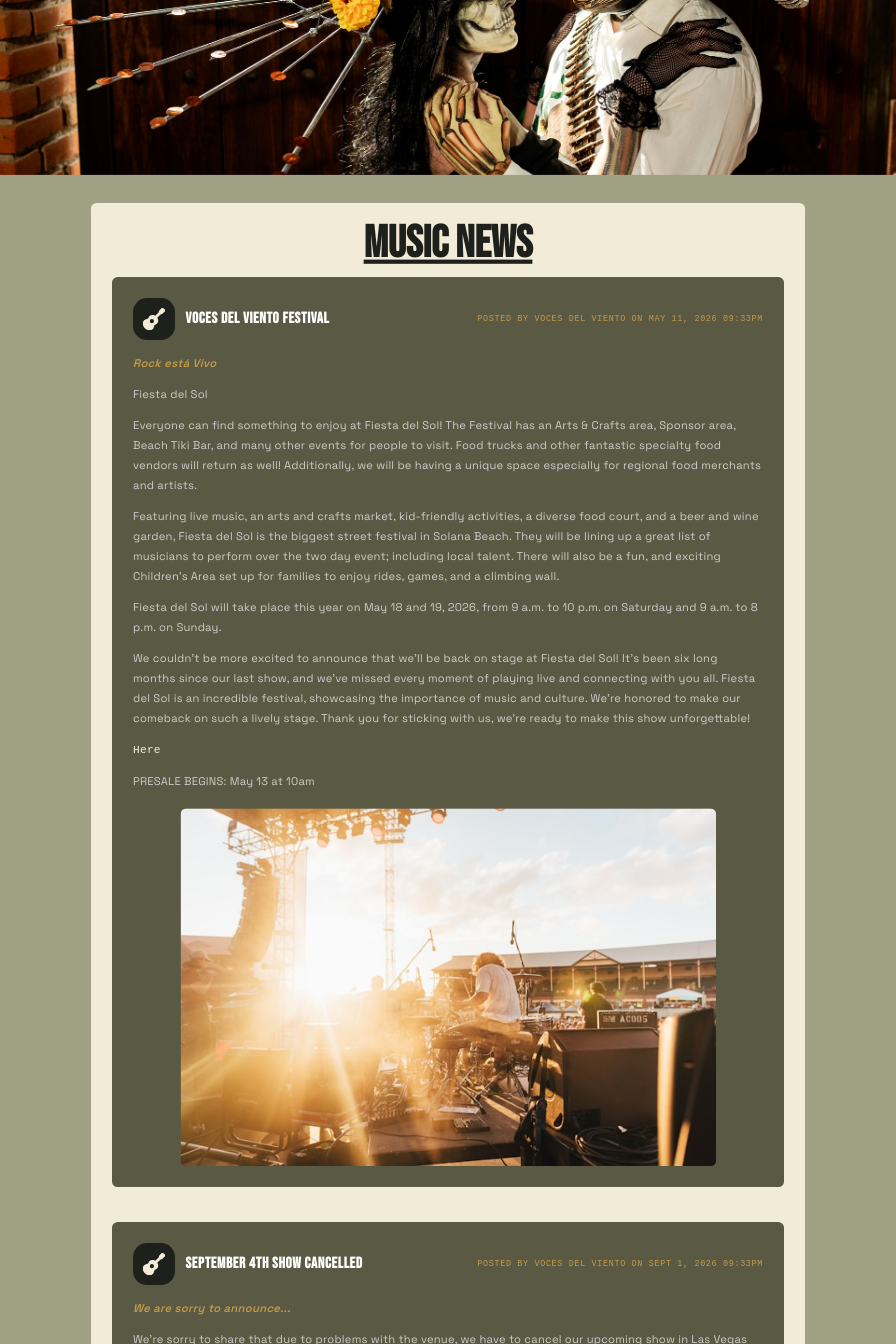
Repository: lime929/voices-del-viento
Page: /news
These files come from the project's save history. The page is drawn as it stood at one moment and after the next save; the edit follows.
The browser window is 1280 px wide. The pictures show the part of the page from y = 307 to 2227 px (the page is 5433 px tall before and 4973 px after), at 70% of full size.
The project was rebuilt for these pictures with package versions that can differ from the ones it lists, and the page was loaded fresh each time. The framework's server and built-in components were replaced by stand-ins that run in the browser. Also part of the build but not shown: next.config.mjs.

Above is the page before, as saved 2026-09-26 21:25:12.

### app/layout.jsx
import '../app/globals.css';
import Footer from '../app/components/Footer';
import NavBar from '../app/components/NavBar';


export const metadata = {
  title: "Voces del Viento",
  description:
    "Voces del Viento is a Mexican indie rock band from Michoacán, blending classic Latin rock influences with modern sounds inspired by Caifanes, Juanes, and Los Enanitos Verdes. Discover their heartfelt music, cultural roots, and energetic live performances.",
  keywords: [
    "Voces del Viento",
    "Mexican indie rock",
    "Michoacán, Mexico",
    "Latin rock",
    "Alternative music",
    "band from Mexico",
    "indie music",
  ],
};

export default function MainLayout({ children }) {
  return (
    <html lang="en">
      <body>
        <NavBar />
        {children}
        <Footer />
      </body>
    </html>
  );
}

### app/news/page.jsx
import styles from "./page.module.css";
import Image from "next/image";
import Post from "../components/Post";
import posts from "./posts.json";
import banner from "../../public/images/news/banner.jpg";

export const metadata = {
  title: "Voces del Viento | News",
  description: "Stay up to date with the latest news and updates from Voces del Viento.",
    keywords: [
    "Voces del Viento",
    "news",
    "Music news",
    "band updates",
    "Concert announcements",
    "Album releases",
    "Live performances",
    "Live updates",
  ]
}

export default function NewsPage() {
  return (
    <>
      <Image
        src={banner}
        alt="Band with Mariachi outfits performing on stage"
        sizes="100vw"
        className={styles.bannerImage}
        priority
      />

      <div className={styles.newsContainer}>
        <h2 className={styles.newsTitle}>Music News</h2>

        {posts.map((post) => (
          <Post key={post.id} post={post} />
        ))}
      </div>
    </>
  );
}

### app/globals.css
/* @import url("https://fonts.googleapis.com/css2?family=Bebas+Neue&family=DM+Sans:opsz,wght@9..40,400;9..40,500;9..40,600;9..40,700&family=Space+Mono:wght@400;700&display=swap");
@import url('https://fonts.googleapis.com/css2?family=Space+Grotesk:wght@300..700&display=swap'); */

@import url('https://fonts.googleapis.com/css2?family=Archivo+Black&family=Bebas+Neue&family=DM+Sans:ital,opsz,wght@0,9..40,100..1000;1,9..40,100..1000&family=Oswald:wght@200..700&family=Roboto+Mono:ital,wght@0,100..700;1,100..700&family=Space+Grotesk:wght@300..700&display=swap');
@import "tailwindcss";

@theme {
      /* Large headings and album titles */
  --font-display: "Bebas Neue", sans-serif;
    /* Paragraphs, navigation, and buttons */
  --font-body: "Space Grotesk", sans-serif;
    /* Dates, labels, and small details */
  --font-mono: "Space Mono", monospace;

    /* Main page background */
  --color-band-bg: #A0A084;
    /* Main text, dark sections & footer */
  --color-band-ink: #1E211B;
    /* Text on dark/red backgrounds */
  --color-band-cream: #F2EBD8;
    /* Borders and secondary accents */
  --color-band-olive: #5a5a44;
    /* Small highlights and labels */
  --color-band-gold: #C49A46;
}

body {
  font-family: var(--font-body);
  background-color: var(--color-band-bg);
  color: var(--color-band-ink);
  margin: 0;
  padding: 0;
}

### app/components/Footer.jsx
'use client';

import { usePathname } from "next/navigation";
export default function Footer() {
    const pathname = usePathname();

  return (
    <footer className="border-t border-band-olive bg-band-ink py-8 px-4 sm:px-6">
      <div className="mx-auto max-w-6xl">
        <div className="flex flex-col items-center justify-between gap-8 text-sm md:flex-row">
          {/* Copyright */}
          <div className="order-2 text-center md:order-1 md:text-left">
            <p className="font-semibold text-band-cream">
              © {new Date().getFullYear()}{' '}
              <span className="font-black text-band-cream">Voices Del Viento</span>
            </p>
            <p className="mt-1 font-mono text-xs tracking-wider text-band-gold">
              Made with Next.js, React & Tailwind by Liliana Mendez
            </p>
          </div>

          {/* Right links */}
          <nav className="order-1 flex items-center gap-6 md:order-2">
            <a
              href="/store"
              className={`${
                      pathname === "/store" ? "border-b-2 border-band-gold text-band-gold" : "border-b-2 border-transparent text-band-cream hover:text-band-gold hover:border-band-gold"
                    } text-sm font-semibold pb-1 transition-all`}
            >
              Store
            </a>
            <a
              href="/tour"
              className={`${
                      pathname === "/tour" ? "border-b-2 border-band-gold text-band-gold" : "border-b-2 border-transparent text-band-cream hover:text-band-gold hover:border-band-gold"
                    } text-sm font-semibold pb-1 transition-all`}
            >
              Tour
            </a>
            <a
              href="/about"
              className={`${
                      pathname === "/about" ? "border-b-2 border-band-gold text-band-gold" : "border-b-2 border-transparent text-band-cream hover:text-band-gold hover:border-band-gold"
                    } text-sm font-semibold pb-1 transition-all`}
            >
              About
            </a>
            <a
              href="/news"
              className={`${
                      pathname === "/news" ? "border-b-2 border-band-gold text-band-gold" : "border-b-2 border-transparent text-band-cream hover:text-band-gold hover:border-band-gold"
                    } text-sm font-semibold pb-1 transition-all`}
            >
              News
            </a>
            <a
              href="/support"
              className={`${
                      pathname === "/support" ? "border-b-2 border-band-gold text-band-gold" : "border-b-2 border-transparent text-band-cream hover:text-band-gold hover:border-band-gold"
                    } text-sm font-semibold pb-1 transition-all`}
            >
              Support
            </a>
          </nav>
        </div>
      </div>
    </footer>
  );
}

### app/components/NavBar.jsx
'use client';
import { useState } from "react";
import Link from "next/link";
import Image from "next/image";
import { usePathname } from "next/navigation";
import { FaBars, FaTimes, FaFacebook, FaInstagram, FaYoutube, FaTwitter,FaSpotify } from "react-icons/fa";
import logoIcon from '../../app/icon.png';

export default function NavBar() {
  const [isMobileMenuOpen, setIsMobileMenuOpen] = useState(false);
  const pathname = usePathname();

  return (
    <>
      <nav className="bg-band-ink border-b border-band-olive sticky top-0 z-50">
        <div className="px-4 lg:px-6">
          <div className="relative flex h-24 items-center justify-between">

            {/* Mobile menu button: always positioned absolute left and hidden on md+ screens */}
            <div className="absolute inset-y-0 left-0 flex items-center md:hidden">
              <button
                onClick={() => setIsMobileMenuOpen(!isMobileMenuOpen)}
                className="inline-flex items-center justify-center p-2 rounded-md text-band-cream hover:text-band-gold hover:bg-band-olive/20 focus:outline-none focus:ring-2 focus:ring-band-gold"
                aria-controls="mobile-menu"
                aria-expanded={isMobileMenuOpen}
              >
                <span className="sr-only">Open main menu</span>
                {isMobileMenuOpen ? (
                  <FaTimes className="block h-6 w-6" />
                ) : (
                  <FaBars className="block h-6 w-6" />
                )}
              </button>
            </div>

            <div className="flex flex-1 items-center justify-center md:justify-start">
              <Link href="/" className="flex flex-shrink-0 items-center gap-2 hover:opacity-90 transition">
                <Image
                  src={logoIcon}
                  alt="Voices Del Viento Logo"
                  width={50}
                  height={50}
                  priority
                />

                <span className="hidden font-display text-4xl font-bold uppercase tracking-wide text-band-cream transition-colors hover:text-band-gold md:block md:mr-9">
                Voces Del Viento
                </span>
              </Link>


              <div className="hidden md:ml-6 md:block md:pt-2">
                <div className="flex space-x-4 lg:space-x-6">
                  <Link
                    href="/store"
                    className={`${
                      pathname === "/store" ? "border-b-2 border-band-gold text-band-gold" : "border-b-2 border-transparent text-band-cream hover:text-band-gold hover:border-band-gold"
                    } text-lg font-semibold pb-1 transition-all`}
                  >
                    Store
                  </Link>
                  <Link
                    href="/tour"
                    className={`${
                      pathname === "/tour" ? "border-b-2 border-band-gold text-band-gold" : "border-b-2 border-transparent text-band-cream hover:text-band-gold hover:border-band-gold"
                    } text-lg font-semibold pb-1 transition-all`}
                  >
                    Tour
                  </Link>
                  <Link
                    href="/about"
                    className={`${
                      pathname === "/about" ? "border-b-2 border-band-gold text-band-gold" : "border-b-2 border-transparent text-band-cream hover:text-band-gold hover:border-band-gold"
                    } text-lg font-semibold pb-1 transition-all`}
                  >
                    About
                  </Link>
                  <Link
                    href="/news"
                    className={`${
                      pathname === "/news" ? "border-b-2 border-band-gold text-band-gold" : "border-b-2 border-transparent text-band-cream hover:text-band-gold hover:border-band-gold"
                    } text-lg font-semibold pb-1 transition-all`}
                  >
                    News
                  </Link>
                  <Link
                    href="/support"
                    className={`${
                      pathname === "/support" ? "border-b-2 border-band-gold text-band-gold" : "border-b-2 border-transparent text-band-cream hover:text-band-gold hover:border-band-gold"
                    } text-lg font-semibold pb-1 transition-all`}
                  >
                    Support
                  </Link>
                </div>
              </div>
            </div>

            <div className="absolute inset-y-0 right-0 flex items-center pr-2 md:static md:ml-6 md:pr-0">
              <div className="flex items-center gap-2 text-band-cream">
             <a href="https://www.facebook.com/" target="_blank" className="relative p-2 rounded-full transition-transform duration-250 ease-in-out hover:scale-110 hover:text-band-gold">
                    <FaFacebook className="h-6 w-6" />
                </a>
             <a href="https://www.instagram.com/" target="_blank" className="relative p-2 rounded-full transition-transform duration-250 ease-in-out hover:scale-110 hover:text-band-gold">
                    <FaInstagram className="h-6 w-6"/>
                </a>
             <a href="https://www.youtube.com/" target="_blank" className="relative p-2 rounded-full transition-transform duration-250 ease-in-out hover:scale-110 hover:text-band-gold">
                    <FaYoutube className="h-6 w-6" />
                </a>
             <a href="https://www.x.com/" target="_blank" className="relative p-2 rounded-full transition-transform duration-250 ease-in-out hover:scale-110 hover:text-band-gold">
                    <FaTwitter className="h-6 w-6" />
                </a>
            <a href="https://www.spotify.com/" target="_blank" className="relative p-2 rounded-full transition-transform duration-250 ease-in-out hover:scale-110 hover:text-band-gold">
                    <FaSpotify className="h-6 w-6" />
                </a>
              </div>
            </div>
          </div>
        </div>

        {/* Mobile menu */}
        {isMobileMenuOpen && (
          <div className="md:hidden bg-band-ink/95 backdrop-blur-md border-t border-band-olive px-4 pb-4 pt-2 space-y-1">
            <Link
              href="/store"
              className={`${
                pathname === "/store" ? "bg-band-olive/20 text-band-cream" : "border-b-2 border-transparent text-band-cream hover:bg-band-olive/20 hover:text-band-gold"
              } block rounded-md px-3 py-3 text-base font-semibold transition-colors`}
              onClick={() => setIsMobileMenuOpen(false)}
            >
              Store
            </Link>
            <Link
              href="/tour"
              className={`${
                pathname === "/tour" ? "bg-band-olive/20 text-band-cream" : "border-b-2 border-transparent text-band-cream hover:bg-band-olive/20 hover:text-band-gold"
              } block rounded-md px-3 py-3 text-base font-semibold transition-colors`}
              onClick={() => setIsMobileMenuOpen(false)}
            >
              Tour
            </Link>
            <Link
              href="/about"
              className={`${
                pathname === "/about" ? "bg-band-olive/20 text-band-cream" : "border-b-2 border-transparent text-band-cream hover:bg-band-olive/20 hover:text-band-gold"
              } block rounded-md px-3 py-3 text-base font-semibold transition-colors`}
              onClick={() => setIsMobileMenuOpen(false)}
            >
              About
            </Link>
            <Link
              href="/news"
              className={`${
                pathname === "/news" ? "bg-band-olive/20 text-band-cream" : "border-b-2 border-transparent text-band-cream hover:bg-band-olive/20 hover:text-band-gold"
              } block rounded-md px-3 py-3 text-base font-semibold transition-colors`}
              onClick={() => setIsMobileMenuOpen(false)}
            >
              News
            </Link>
            <Link
              href="/support"
              className={`${
                pathname === "/support" ? "bg-band-olive/20 text-band-cream" : "border-b-2 border-transparent text-band-cream hover:bg-band-olive/20 hover:text-band-gold"
              } block rounded-md px-3 py-3 text-base font-semibold transition-colors`}
              onClick={() => setIsMobileMenuOpen(false)}
            >
              Support
            </Link>
          </div>
        )}
      </nav>
    </>
  );
}

### app/news/page.module.css
.newsTitle {
  font-size: 4rem;
  color: var(--color-band-ink);
  font-family: var(--font-display);
  font-weight: 900;
  font-style: bold;
  text-align: center;
  text-decoration: underline;
  margin-top: -20px;
}

.newsContainer {
  max-width: 1020px;
  margin: 40px auto;
  padding: 30px;
  background-color: var(--color-band-cream);
  border-radius: 8px;
}

.newsContent {
  background-color: var(--color-band-olive);
  padding: 30px;
  border-radius: 8px;
  line-height: 1.8;
  margin-bottom: 50px;
}

.newsPost {
  color: #ccc;
  font-family: var(--font-body);
  font-weight: 400;
  font-style: normal;
  letter-spacing: 0.02em;
  line-height: 1.8;
}

.postHeader {
  display: flex;
  align-items: center;
  width: 100%;
  gap: 15px;
  margin-bottom: 20px;
}

.postLogo {
  display: inline-flex;
  align-items: center;
  justify-content: center;
  padding: 14px;
  background-color: var(--color-band-ink);
  border-radius: 20px;
}

.guitarIcon {
  font-size: 2rem;
  color: var(--color-band-cream);
}

.postTitle {
  flex: 1;
  font-size: 22px;
  font-weight: 700;
  color: #fff;
  line-height: 1.4;
  font-family: var(--font-display);
  letter-spacing: 0.04em;
  text-transform: uppercase;
}

.postMeta {
  font-size: 12px;
  /* color: #bda3a3; */
  color: var(--color-band-gold);
  margin-top: 5px;
  margin-left: auto;
  font-family: var(--font-mono);
  text-transform: uppercase;
  letter-spacing: 0.08em;
}

.postDescription {
  font-style: italic;
  color: var(--color-band-gold);
  margin: 20px 0;
  font-family: var(--font-body);
  font-weight: 600;
  letter-spacing: 0.03em;
}

.newsPost p {
  margin: 15px 0;
}

.newsPost a {
  color: var(--color-band-cream);
  text-decoration: none;
  font-family: var(--font-mono);
}

.newsPostLink {
  color: var(--color-band-cream);
  font-family: var(--font-mono);
  text-decoration: none;
}

.newsPost a:hover,
.newsPostLink:hover {
  text-decoration: underline;
}

.postImage {
  display: block;
  margin: 25px auto 0;
  width: 85%;
  border-radius: 8px;
}

.bannerImage {
  display: block;
  width: 100%;
  height: 460px;
  object-fit: cover;
  object-position: center 30%;
  margin: 0 auto 30px;
}

/* .bannerImage {
   position: absolute;
  inset: 0;
  width: 100%;
  height: 460px;
  object-fit: cover;
  object-position: center;
} */

### app/components/Post.jsx
import styles from "../news/page.module.css";
import { FaGuitar } from "react-icons/fa";
import Image from "next/image";

export default function Post({ post }) {
  return (
    <div className={styles.newsContent}>
      <div className={styles.newsPost}>
        <div className={styles.postHeader}>
          <span className={styles.postLogo}>
            <FaGuitar className={styles.guitarIcon} aria-hidden="true" />
          </span>
          <h3 className={styles.postTitle}>{post.title}</h3>
          <p className={styles.postMeta}>{post.meta}</p>
        </div>

        {post.description && (
          <p className={styles.postDescription}>{post.description}</p>
        )}

        {post.paragraphs?.map((paragraph, index) => (
          <p key={`${post.id}-paragraph-${index}`}>{paragraph}</p>
        ))}

        {post.link && (
          <p>
            <a href={post.link.href} className={styles.newsPostLink}>
              {post.link.text}
            </a>
          </p>
        )}

        {post.extraLine && <p>{post.extraLine}</p>}

        {post.image && (
          <Image
            src={post.image.src}
            alt={post.image.alt}
            width={1200}
            height={800}
            sizes="100vw"
            className={styles.postImage}
          />
        )}
      </div>
    </div>
  );
}

Loaded but not shown: app/news/posts.json (83 lines, source omitted)

After the next save:
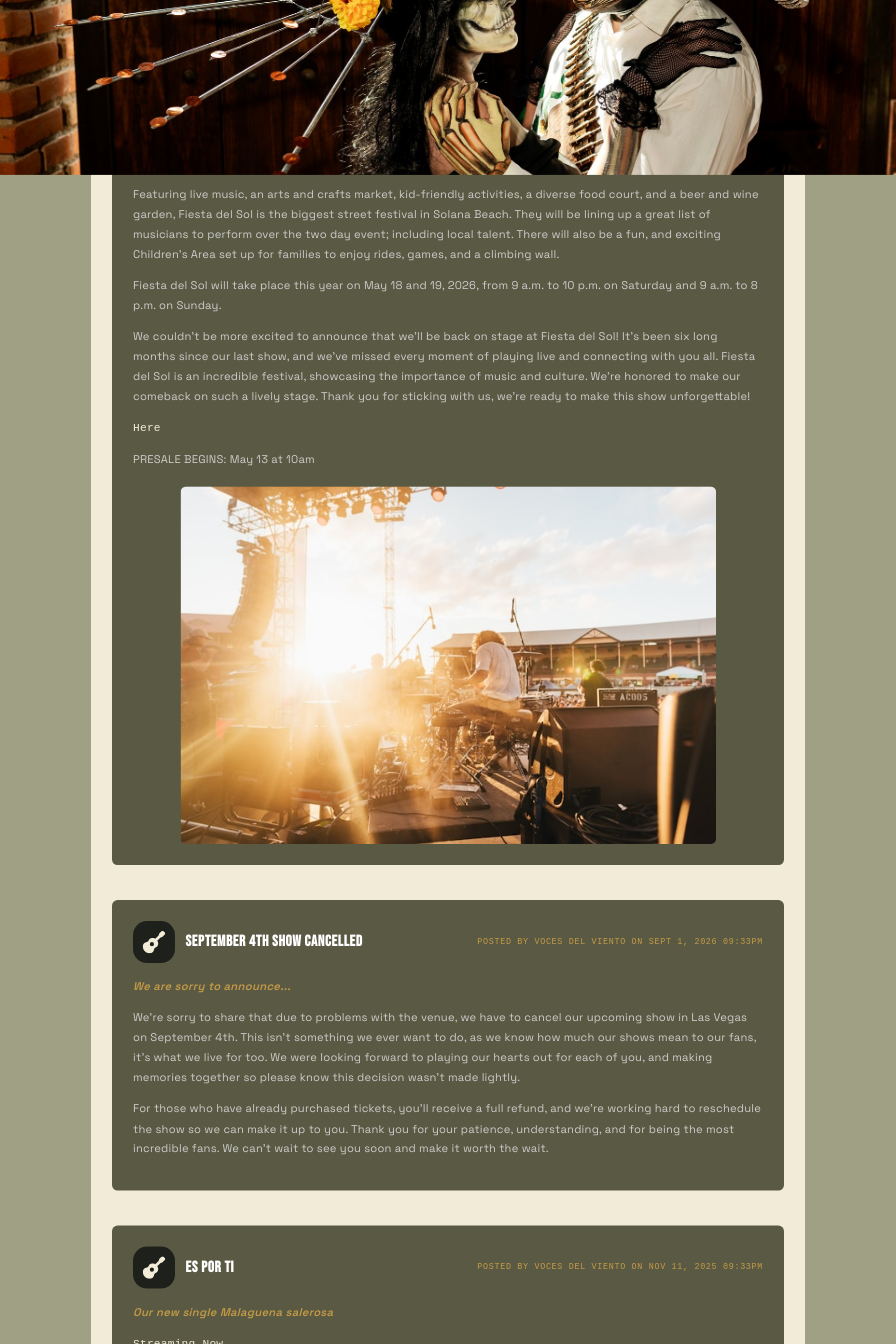
Saved 6 s later.
--- a/app/news/page.module.css
+++ b/app/news/page.module.css
@@ -117,6 +117,7 @@
 
 .bannerImage {
   display: block;
+  position: absolute;
   width: 100%;
   height: 460px;
   object-fit: cover;

After the save that followed:
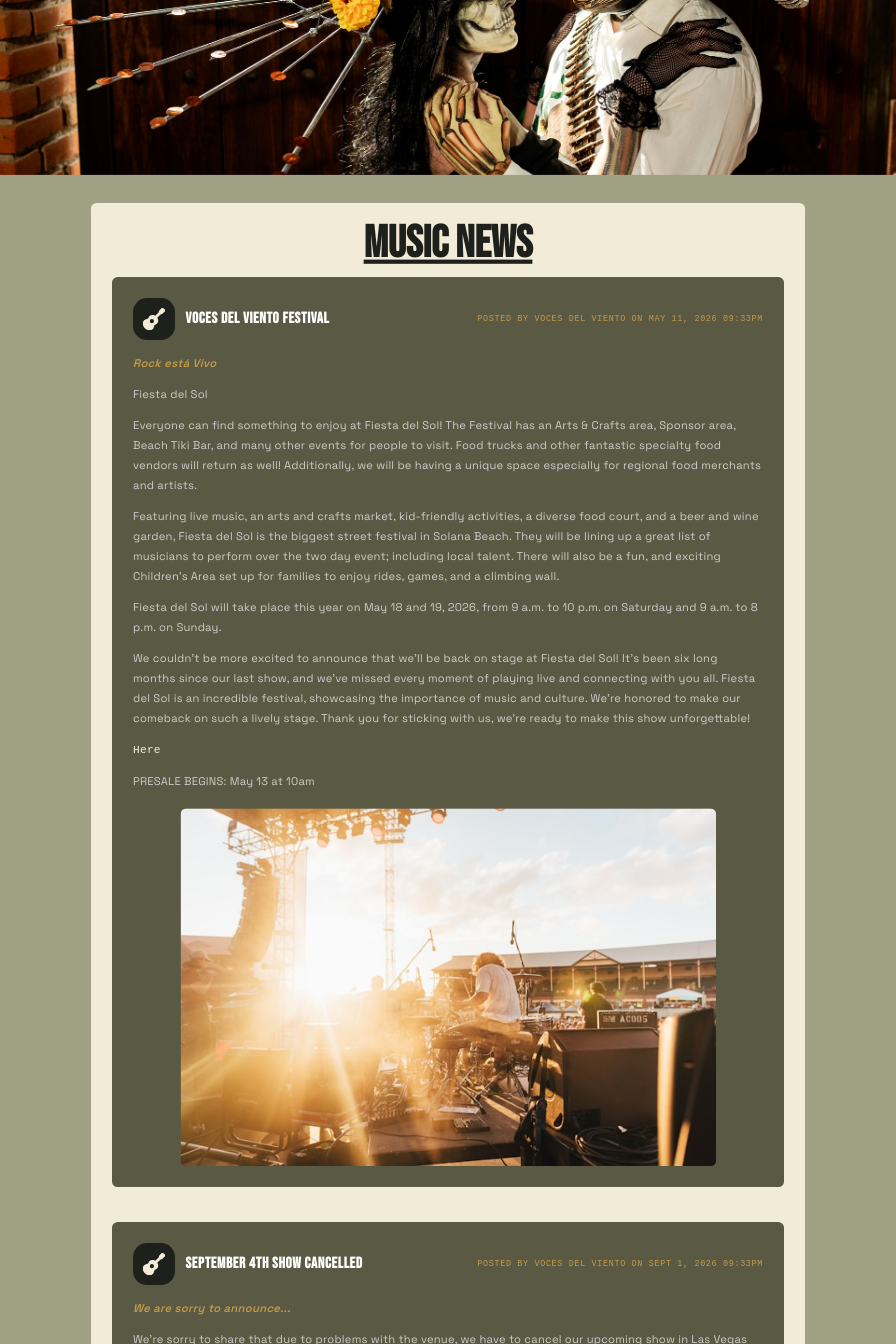
Saved 6 s later.
--- a/app/news/page.module.css
+++ b/app/news/page.module.css
@@ -117,7 +117,7 @@
 
 .bannerImage {
   display: block;
-  position: absolute;
+  /* position: absolute; */
   width: 100%;
   height: 460px;
   object-fit: cover;
